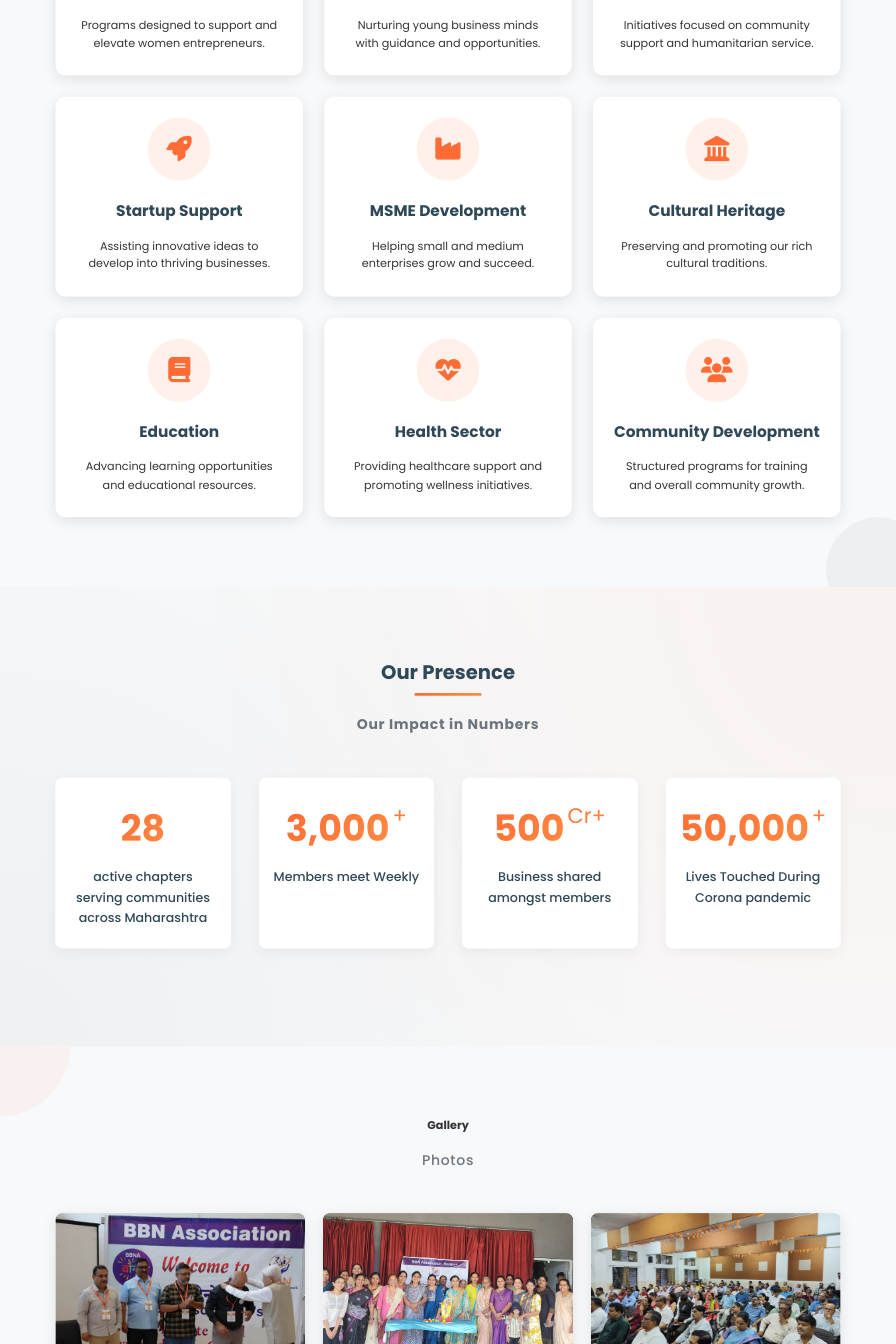
Repository: Snehaldahiphale/bbn-association
Page: index.html
The author's editor kept a copy of each file at every save. The page is drawn from the files as they stood at one save, then again after the next save.
The browser window is 1280 px wide. The pictures show the part of the page from y = 4580 to 6500 px (the page is 9015 px tall before and 9050 px after), at 70% of full size.

Above is the page before, as saved 2026-03-13 12:03:52.

After the next save:
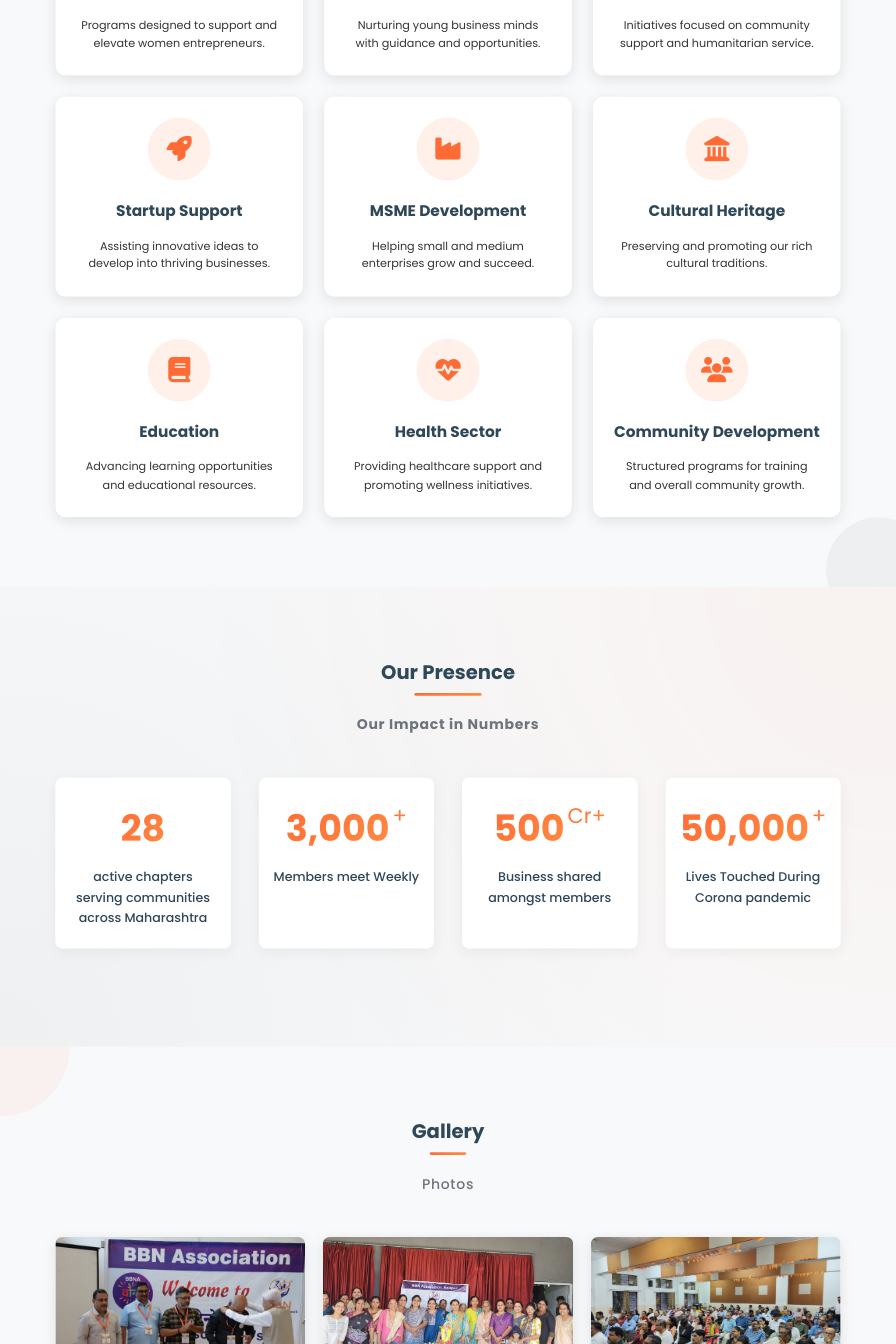
Saved 14 s later.
--- a/index.html
+++ b/index.html
@@ -381,7 +381,7 @@
     <section id="gallery" class="section">
       <div class="container">
         <div class="section-header">
-          <h4>Gallery</h4>
+          <h2>Gallery</h2>
           <h3>Photos</h3>
         </div>
         <div class="gallery-content">
